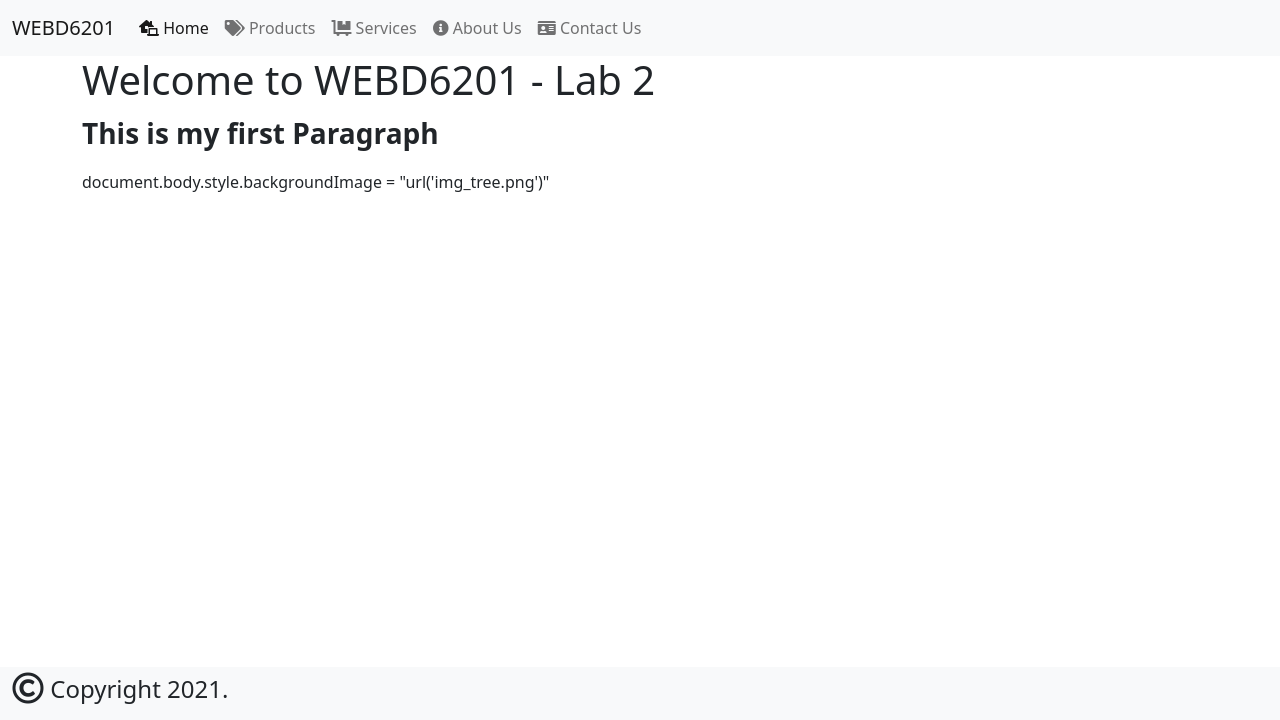
Repository: MuzhdaEhsan/WEBD6201-W2021-Lab1
Page: index.html
An editor plug-in stored every save of this project. The page is shown before and after the next save, followed by the edit.
The browser window is 1280 px wide. The pictures show the whole page.

Above is the page before, as saved 2021-02-05 17:44:10.

### index.html
<!DOCTYPE html>
<html lang="en">
<head>
    <meta charset="UTF-8">
    <meta name="viewport" content="width=device-width, initial-scale=1.0">
    <title>Home</title>
    <!-- CSS Section -->
    <link rel="stylesheet" href="./node_modules/bootstrap/dist/css/bootstrap.min.css">
    <link rel="stylesheet" href="./node_modules/@fortawesome/fontawesome-free/css/all.min.css">
    <link rel="stylesheet" href="./Content/app.css">
</head>
<body>
    <!-- Main Header -->
    <header>

        <!-- Main Navigation -->
        <nav class="navbar navbar-expand-lg navbar-light bg-light">
            <div class="container-fluid">
              <a class="navbar-brand" href="index.html">WEBD6201</a>
              <button class="navbar-toggler" type="button" data-bs-toggle="collapse" data-bs-target="#navbarSupportedContent" aria-controls="navbarSupportedContent" aria-expanded="false" aria-label="Toggle navigation">
                <span class="navbar-toggler-icon"></span>
              </button>
              <div class="collapse navbar-collapse" id="navbarSupportedContent">
                <ul class="navbar-nav me-auto mb-2 mb-lg-0">
                  <li class="nav-item">
                    <a class="nav-link active" aria-current="page" href="index.html"><i class="fas fa-laptop-house"></i> Home</a>
                  </li>

                  <li class="nav-item">
                    <a class="nav-link" aria-current="page" href="projects.html"><i class="fas fa-tags"></i> Products</a>
                  </li>

                  <li class="nav-item">
                    <a class="nav-link" aria-current="page" href="services.html"><i class="fas fa-dolly-flatbed"></i> Services</a>
                  </li>

                  <li class="nav-item">
                    <a class="nav-link" aria-current="page" href="about.html"><i class="fas fa-info-circle"></i> About Us</a>
                  </li>

                  <li class="nav-item">
                    <a class="nav-link" aria-current="page" href="contact.html"><i class="fas fa-id-card"></i> Contact Us</a>
                  </li>
                </ul>
              </div>
            </div>
          </nav>

    </header>

    <!-- Main Content -->
    <main class="container">
        <h1></h1>
        <p id="paragraphOne"></p>
        <div id="myDiv"></div>
        document.body.style.background = "#f3f3f3 url('img_tree.png') no-repeat right top";
    </main>

    <!-- Main Footer -->
    <footer>
        <nav class="navbar fixed-bottom navbar-light bg-light">
            <div class="container-fluid">
              <h4><i class="far fa-copyright fa-lg"></i> Copyright 2021.</h4>
            </div>
          </nav>
    </footer>

    <!-- Script Section-->
    <script src="./node_modules/jquery/dist/jquery.min.js"></script>
    <script src="./node_modules/bootstrap/dist/js/bootstrap.bundle.min.js"></script>
    <script src="./Scripts/app.js"></script>
</body>
</html>

### Scripts/app.js
/*
@author: Muzhda Ehsan
@date: 27-Jan-2021
*/
/* custom JavaScript goes here */

//IIFE - Immediately Invoked Function Expression
//AKA - Anonymous Self-Executing Function
//Closure - limits scope leak

"use strict";

let myContact =
{
  "firstName":"Muzhda",
  "contactNumber":"234234",
  "emailAddress":"muzhda@gmail.com",
  "saysHello":function()
  {
    console.log(`${fullName} says Hello`);
  },
  "someOtherObject": {
    "friendsList": [
      "Peter Parker", "Tony Stark", "Stephen Strange"
    ]
  }
};


(function()
{
    function displayHome()
    {
        let paragraphOneText =
          "This is a simple site to demonstrate DOM Manipulation for ICE 1";

        let paragraphOneElement = document.getElementById("paragraphOne");

        paragraphOneElement.textContent = paragraphOneText;
        paragraphOneElement.className = "fs-5";

        // Step 1. document.createElement
        let newParagraph = document.createElement("p");
        // Step 2. configure the element
        newParagraph.setAttribute("id", "paragraphTwo");
        newParagraph.textContent = "...And this is paragraph two";
        // Step 3. select the parent element
        let mainContent = document.getElementsByTagName("main")[0];
        // Step 4. Add / Insert the element
        mainContent.appendChild(newParagraph);

        newParagraph.className = "fs-6";

        // another way of injecting content
        let paragraphDiv = document.createElement("div");
        let paragraphThree = `<p id="paragraphThree" class="fs-7 fw-bold">And this is the Third Paragraph</p>`;
        paragraphDiv.innerHTML = paragraphThree;

        // insertions

        // example of inserting before a node
        //newParagraph.before(paragraphDiv);

        // example of inserting after a node
        newParagraph.after(paragraphDiv);

        // deletions

        // example of removing a single element
        //paragraphOneElement.remove();

        // example of removeChild
        mainContent.removeChild(paragraphOneElement);

        // update / modification
        //mainContent.firstElementChild.textContent = "Welcome Home!";

        mainContent.innerHTML = `<h1 id="firstHeading">Welcome to WEBD6201 - Lab 2</h1>
         <p id="paragraphOne" class="fs-3 fw-bold">This is my first Paragraph</p>
         <div id="myDiv">document.body.style.backgroundImage = "url('img_tree.png')"</div>
        `;


    }

    function displayAbout()
    {

    }

    function displayProjects()
    {

    }

    function displayServices()
    {

    }

    function displayContact()
    {
        let messageArea = document.getElementById("messageArea");
        messageArea.hidden = true;

        // form validation
        let fullName = document.getElementById("fullName");
        fullName.addEventListener("blur", function() {
            if(fullName.value.length < 2)
            {
                fullName.focus();
                fullName.select();
                messageArea.hidden = false;
                messageArea.className = "alert alert-danger";
                messageArea.textContent = "Please enter an appropriate Name";
            }
            else
            {
                messageArea.removeAttribute("class");
                messageArea.hidden = true;
            }
        });

        let sendButton = document.getElementById("sendButton");
        sendButton.addEventListener("click", function(event){
           // event.preventDefault();

            let contact = new Contact(fullName.value, contactNumber.value, emailAddress.value);

            if(contact.serialize())
            {
              localStorage.setItem((localStorage.length + 1).toString(), contact.serialize());

            }

            //console.log(contact.toString());
            //console.log(contact.serialize());
        });
    }

    function displayContactList()
    {
      if (localStorage.length > 0)
      {
        let contactList = document.getElementById("contactList");

        let data = "";

        for (let index = 0; index < localStorage.length; index++)
        {
          let contactData = localStorage.getItem((index + 1).toString());

          console.log(contactData);
          let contact = new Contact();
          contact.deserialize(contactData);

          data += `<tr>
          <th scope="row">${index + 1}</th>
          <td>${contact.FullName}</td>
          <td>${contact.ContactNumber}</td>
          <td>${contact.EmailAddress}</td>
        </tr>`;
        }

        contactList.innerHTML = data;
      }


    }

    function Start()
    {
        console.log("App Started...");

        switch (document.title)
        {
          case "Home":
              displayHome();
            break;
          case "About":
              displayAbout();
            break;
          case "Projects":
              displayProjects();
            break;
          case "Services":
              displayServices();
            break;
          case "Contact":
              displayContact();
            break;
            case "Contact-List":
              displayContactList();
            break;
        }

    }

    window.addEventListener("load", Start);

})();

Loaded but not shown: node_modules/bootstrap/dist/css/bootstrap.min.css (library); node_modules/@fortawesome/fontawesome-free/css/all.min.css (library); Content/app.css (common file); node_modules/jquery/dist/jquery.min.js (library); node_modules/bootstrap/dist/js/bootstrap.bundle.min.js (library)

After the next save:
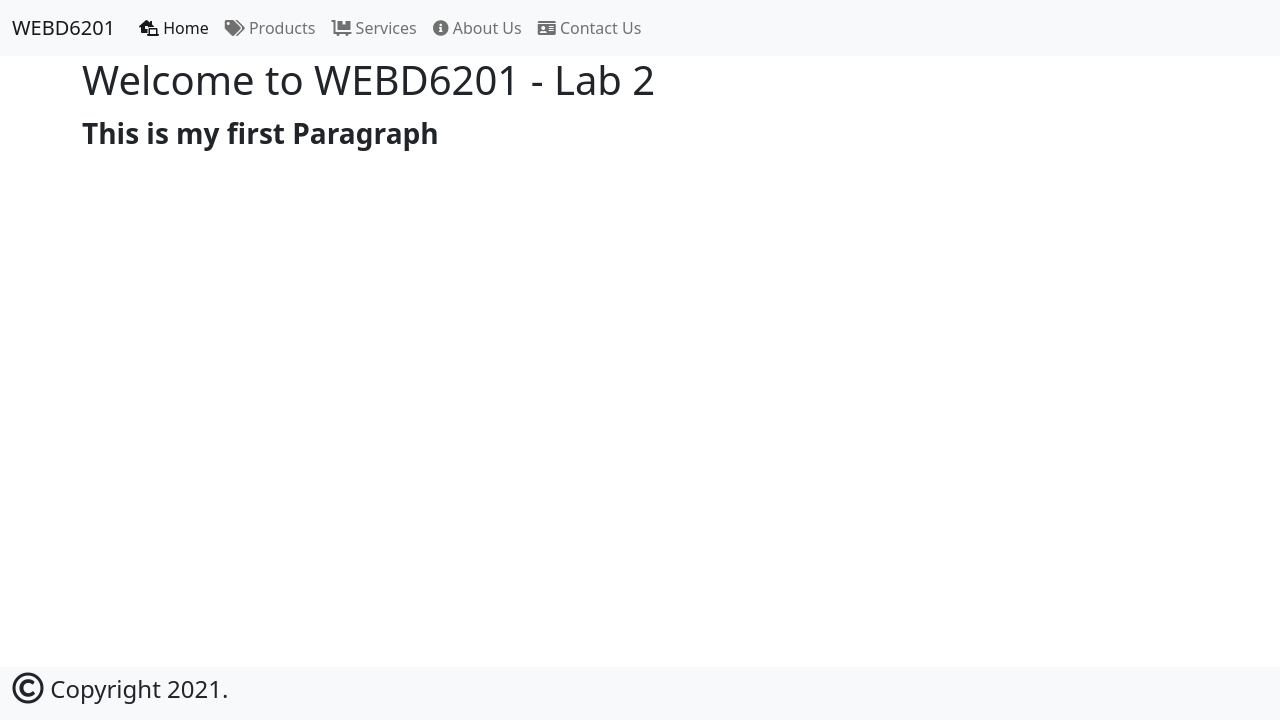
Console error: TypeError: Cannot read properties of null (reading 'style')
Saved 4 min 12 s later.
--- a/Scripts/app.js
+++ b/Scripts/app.js
@@ -77,9 +77,10 @@
 
         mainContent.innerHTML = `<h1 id="firstHeading">Welcome to WEBD6201 - Lab 2</h1>
          <p id="paragraphOne" class="fs-3 fw-bold">This is my first Paragraph</p>
-         <div id="myDiv">document.body.style.backgroundImage = "url('img_tree.png')"</div>
+
         `;
-
+        var string = 'http://www.premiumbeat.com/blog/wp-content/uploads/2012/12/free.jpeg';
+        document.getElementById("myDiv").style.backgroundImage = "url('" + string + "')";
 
     }
 
